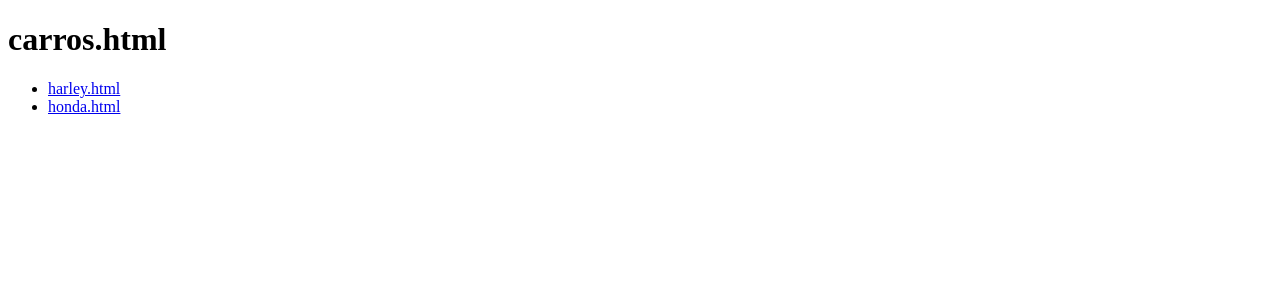
Repository: joao-laercio/DevWeb_BackEnd
Page: index.html/motos.html/motos.html
The author's editor kept a copy of each file at every save. The page is drawn from the files as they stood at one save, then again after the next save.
The browser window is 1280 px wide. The pictures show the whole page.

Above is the page before, as saved 2022-07-06 15:27:12.

After the next save:
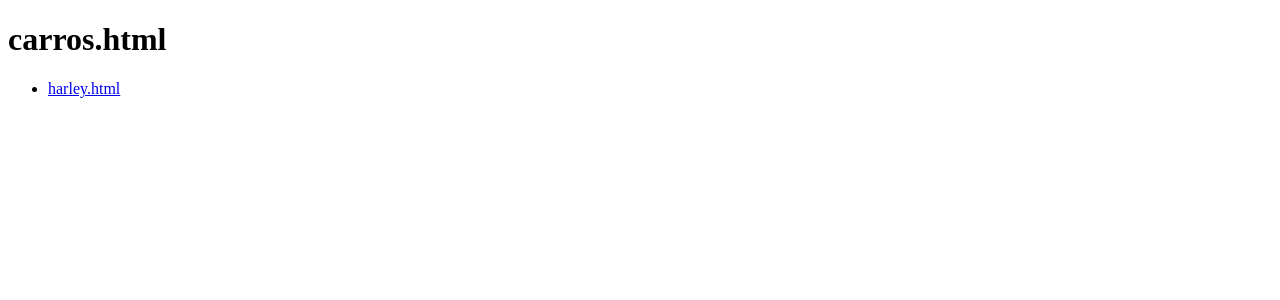
Saved 2 min 7 s later.
--- a/index.html/motos.html/motos.html
+++ b/index.html/motos.html/motos.html
@@ -17,7 +17,8 @@
          <span> <em> </em></span>
          <ul>
              <li><a href="harley.html/harley.html">harley.html</a></li>
-             <li><a href="honda.html/">honda.html</a></li>
+
+
          </ul>
 
          <a href="quesomos.html"></a>
